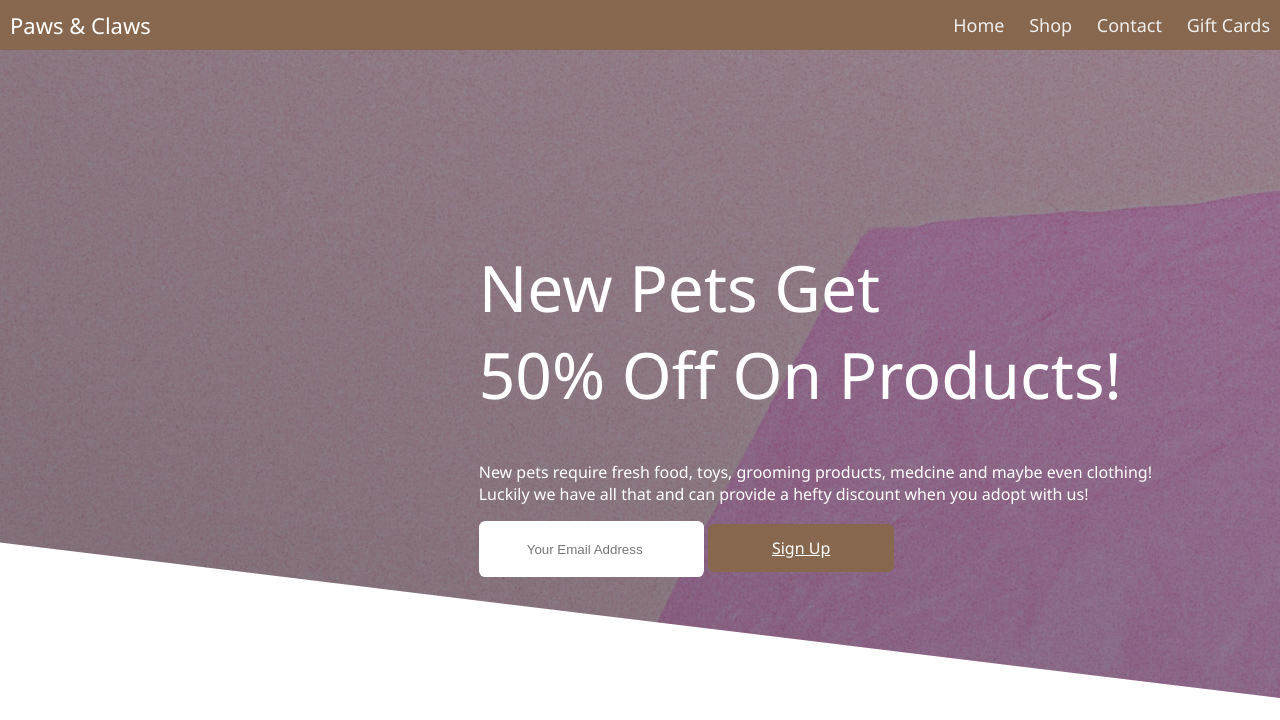
Repository: LtGriff/petProject
Page: dist/about.html
These files come from the project's save history. The page is drawn as it stood at one moment and after the next save; the edit follows.
The browser window is 1280 px wide. The pictures show the whole page.

Above is the page before, as saved 2022-05-19 07:48:41.

After the next save:
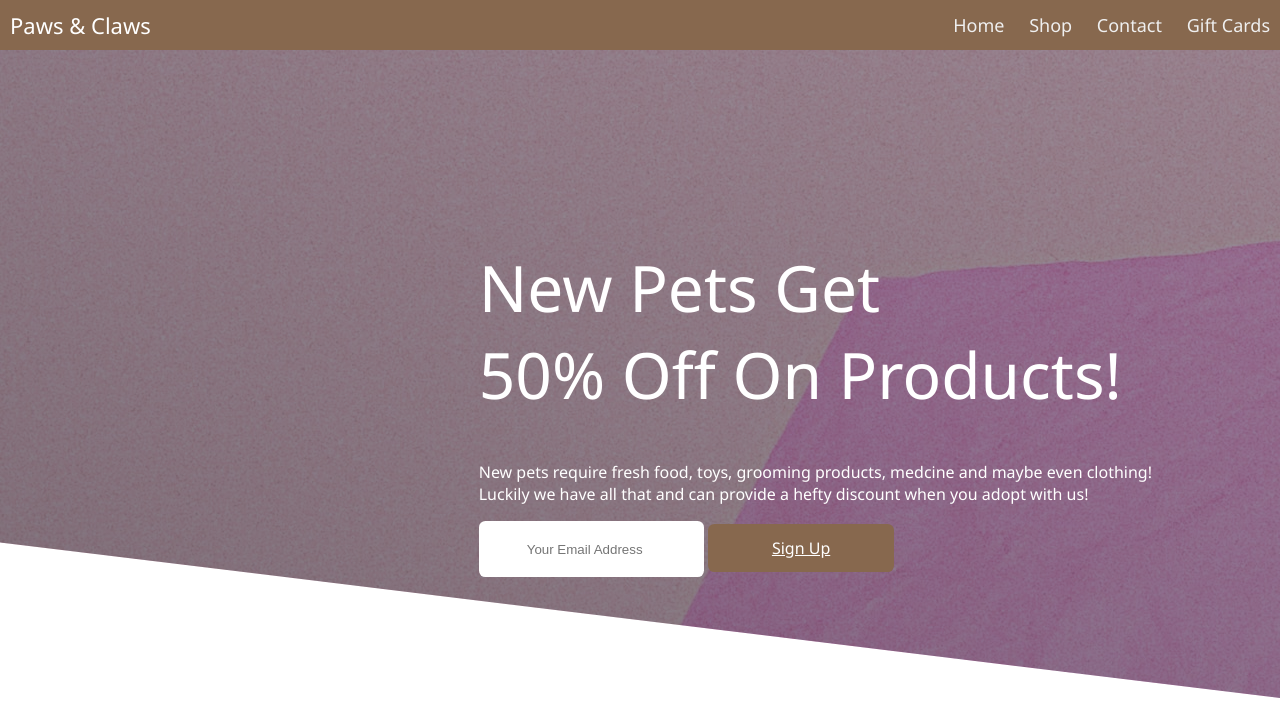
Saved 44 s later.
--- a/dist/CSS/about.css
+++ b/dist/CSS/about.css
@@ -77,9 +77,7 @@
         rgba(0, 0, 0, 0.4),
         rgba(0, 0, 0, 0.5)),
     url("../img/catpink.jpg");
-    background-attachment:fixed;
-    background-repeat: no-repeat;
-    object-fit: fill;
+
     clip-path: polygon(0% 0%,100% 0%,100% 100%,0% 76%);
 
   }
